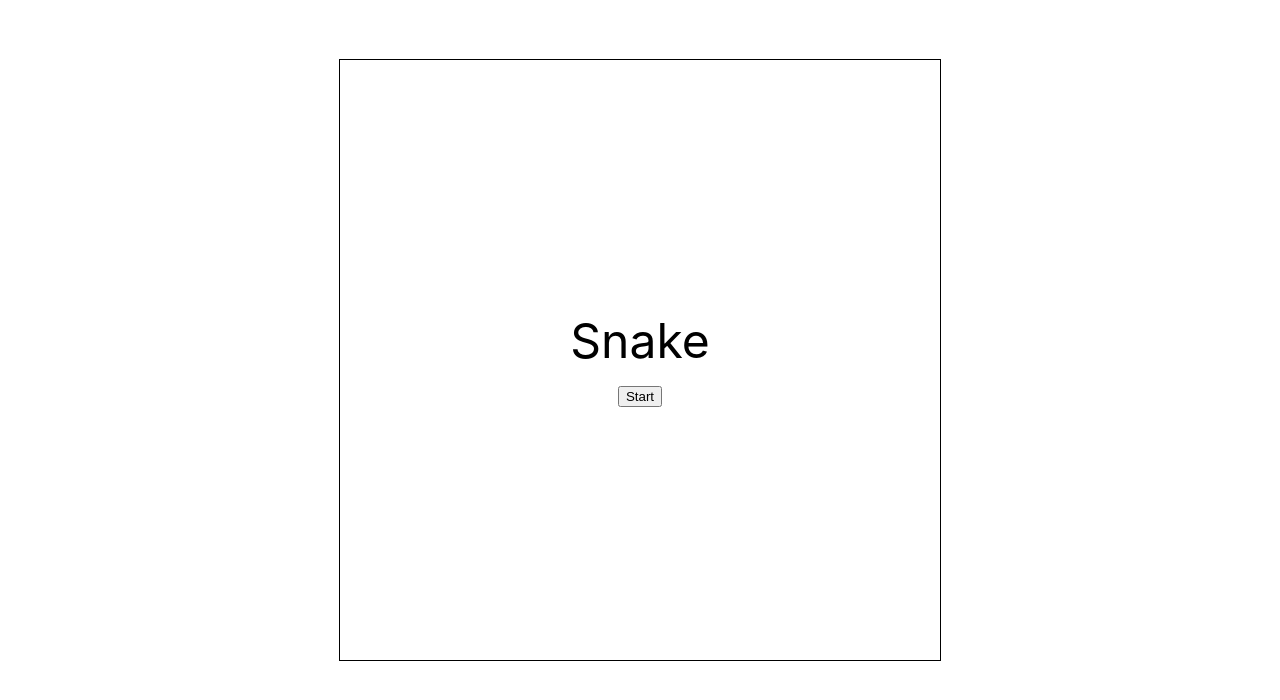
Repository: meills/react-snake
Page: /
These files come from the project's save history. The page is drawn as it stood at one moment and after the next save; the edit follows.
The browser window is 1280 px wide. The pictures show the whole page.
The project was rebuilt for these pictures with package versions that can differ from the ones it lists, and the page was loaded fresh each time. Also part of the build but not shown: src/components/Snakeboard.js, src/styles/App.css.

Above is the page before, as saved 2020-06-15 13:35:27.

### src/App.js
import React from 'react';
import Snakeboard from './components/Snakeboard.js';
import Welcome from './components/Welcome.js';
import GameOver from './components/Welcome.js';
import './styles/App.css';
import './styles/snakeboard.css';

const GRID_SIZE = 30;
const TICK_TIME = 100;

class App extends React.Component {
  state = {
    rows: GRID_SIZE,
    cols: GRID_SIZE,
    grid: [],
    food: {},
    snake: {
        head: {},
        tail: [],
    },
    currDir: 'left',
    tickTime: TICK_TIME,
    gameStart: false,
    gameOver: false,
  }


  render() {

    if (this.state.gameStart) {
      return (<div className="snake-container">
                <Snakeboard />
              </div>);
    }

    if (!this.state.gameStart) {
      return (<div className="snake-container">
                <Welcome />
              </div>);
    }

    if (this.state.gameOver) {

    }


  }

}

export default App;

### src/components/Welcome.js
import React from 'react';
import WelcomeMessage from './WelcomeMessage.js'
import StartButton from './StartButton.js'

function Welcome() {
    return(<div className='welcome'>
                <WelcomeMessage />
                <StartButton />
           </div>);
}

export default Welcome;

### src/styles/snakeboard.css
.snake-container {
    width: 100vw;
    height: 100vh;
    display: flex;
    align-items: center;
    justify-content: center;
}

.welcome {
    width: 600px;
    height: 600px;
    outline: 1px solid black;
    display: flex;
    align-items: stretch;
    align-items: center;
    justify-content: center;
    flex-direction: column;

}

.welcome-message {
    font-size: 3em;
}

.start-btn {
    font-size: 2em;
}

.grid {
    outline: 1px solid black;
    width: 600px;
    height: 600px;
    margin: auto;
    display: flex;
    flex-direction: row;
    flex-wrap: wrap;
}

.grid-item {
    width: 20px;
    height: 20px;
}

.is-food {
    background-color: red;
}


.snake-head {
    background-color: black;
}

.snake-tail {
    background-color: black;
}

### src/components/WelcomeMessage.js
import React from 'react';

function WelcomeMessage() {
    return(<div className='welcome-message'> Snake
           </div>);
}

export default WelcomeMessage;

### src/components/StartButton.js
import React from 'react';

function StartButton() {
    return(<div className='start-btn'><button type='button'>Start</button></div>);
}

export default StartButton;

Loaded but not shown: public/index.html (common file); src/index.js (common file); src/styles/index.css (common file); src/serviceWorker.js (common file)

After the next save:
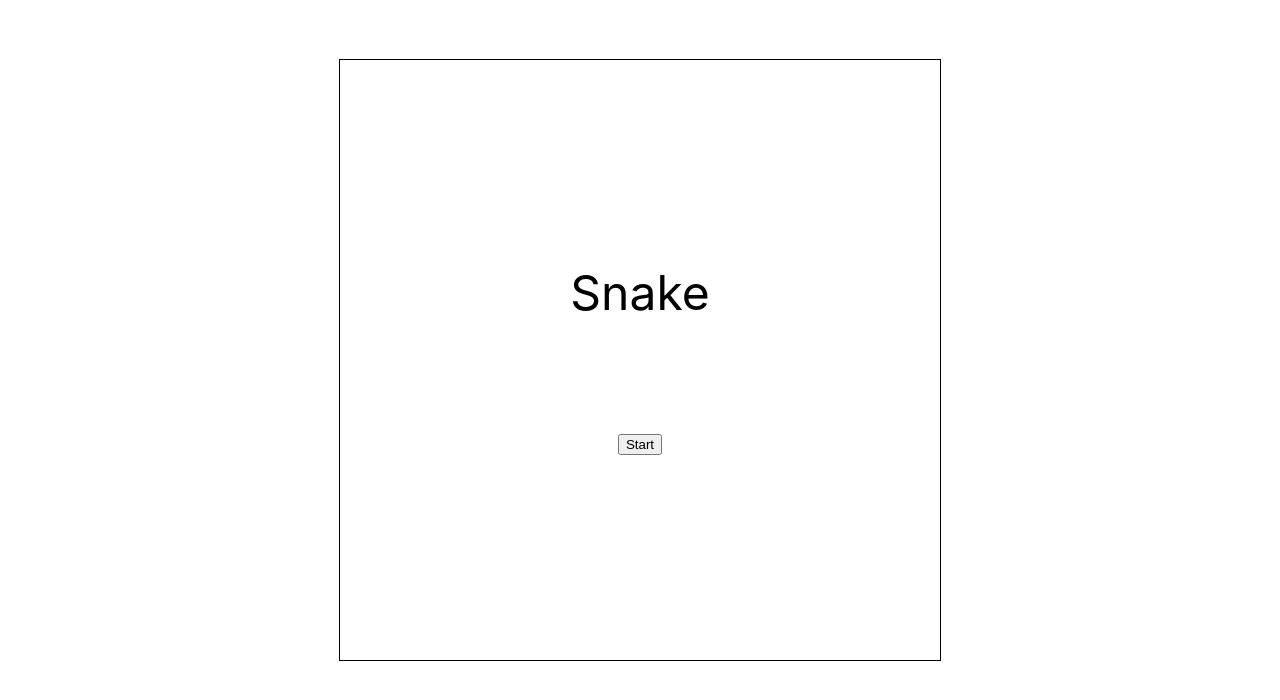
Saved 15 s later.
--- a/src/styles/snakeboard.css
+++ b/src/styles/snakeboard.css
@@ -20,6 +20,7 @@
 
 .welcome-message {
     font-size: 3em;
+    margin-bottom: 2em;
 }
 
 .start-btn {
